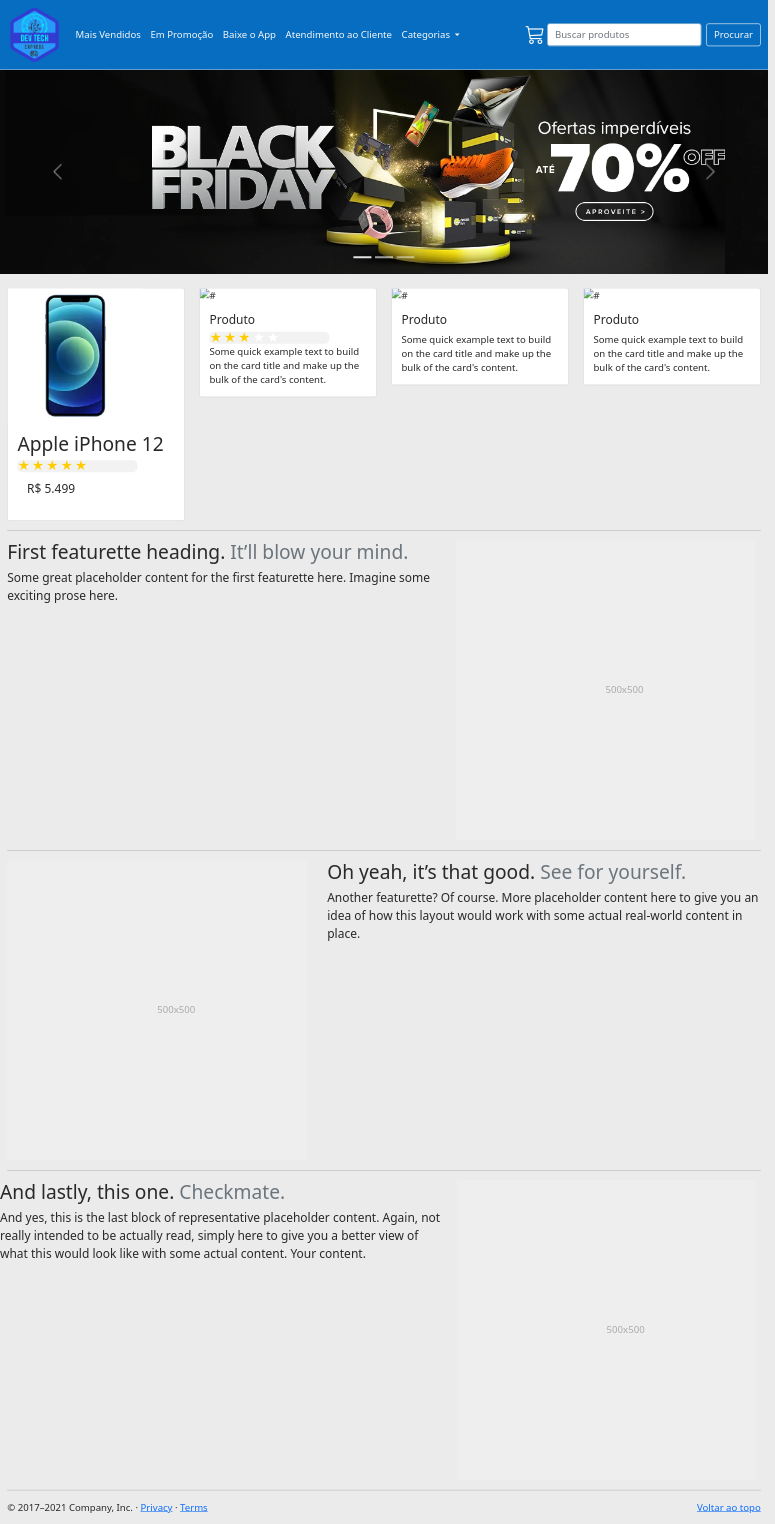
Repository: dantas-barreto/trabalho-interdisciplinar-IDW-IAP
Page: index.html
The author's editor kept a copy of each file at every save. The page is drawn from the files as they stood at one save, then again after the next save.
The browser window is 1280 px wide. The page is 1292 px wide, so the pictures cover 1292 px, including what lies to the right of the window. The pictures show the whole page, at 60% of full size.
Some web libraries are served in a nearby version.

Above is the page before, as saved 2021-12-04 21:14:25.

After the next save:
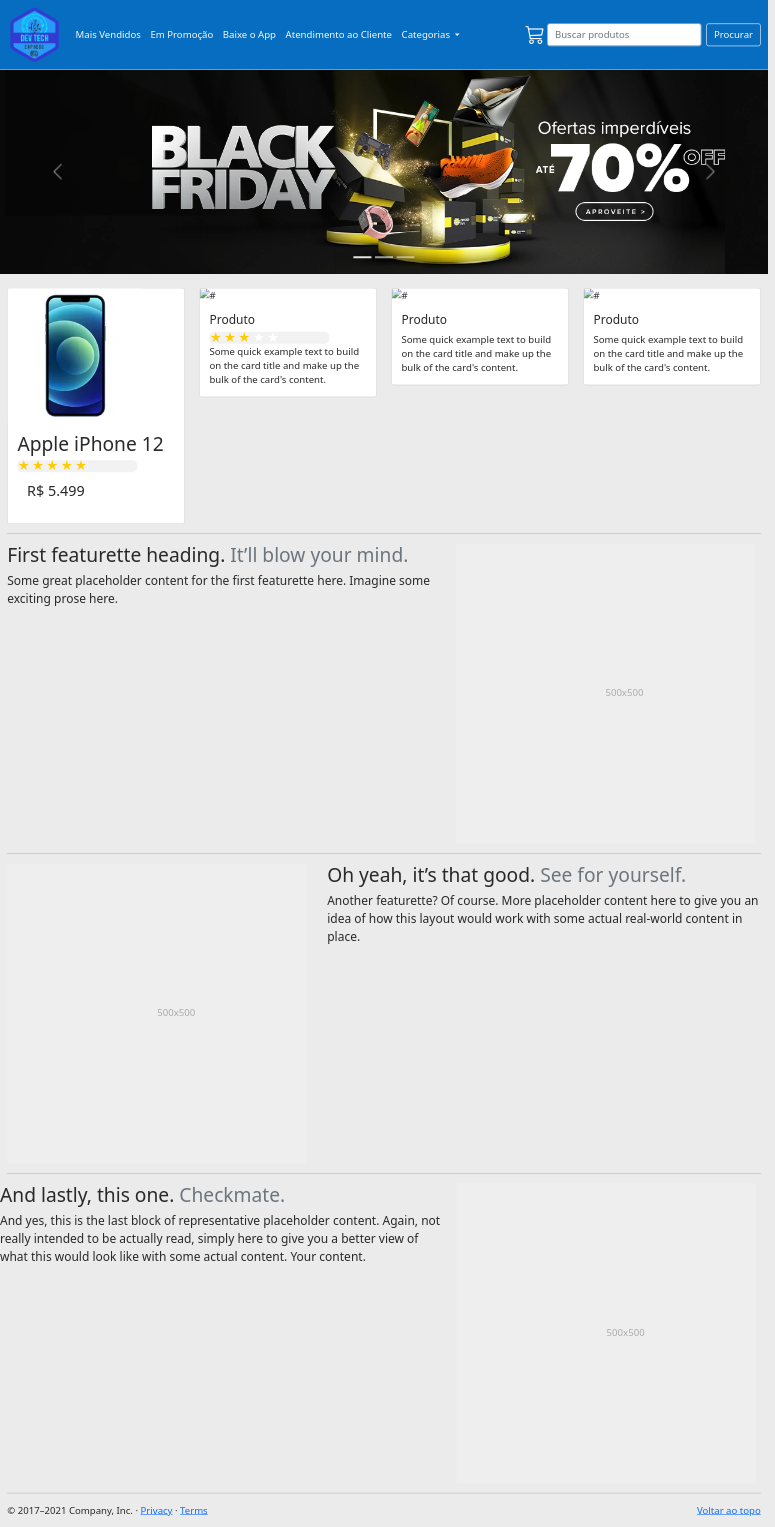
Saved 19 s later.
--- a/index.html
+++ b/index.html
@@ -183,7 +183,7 @@
                   <div class="qualidade" style="--rating: 5"></div>
                 </div>
                 <div class="card-body">
-                  <h5>R$ 5.499</h5>
+                  <h4>R$ 5.499</h4>
                 </div>
               </div>
             </div>
